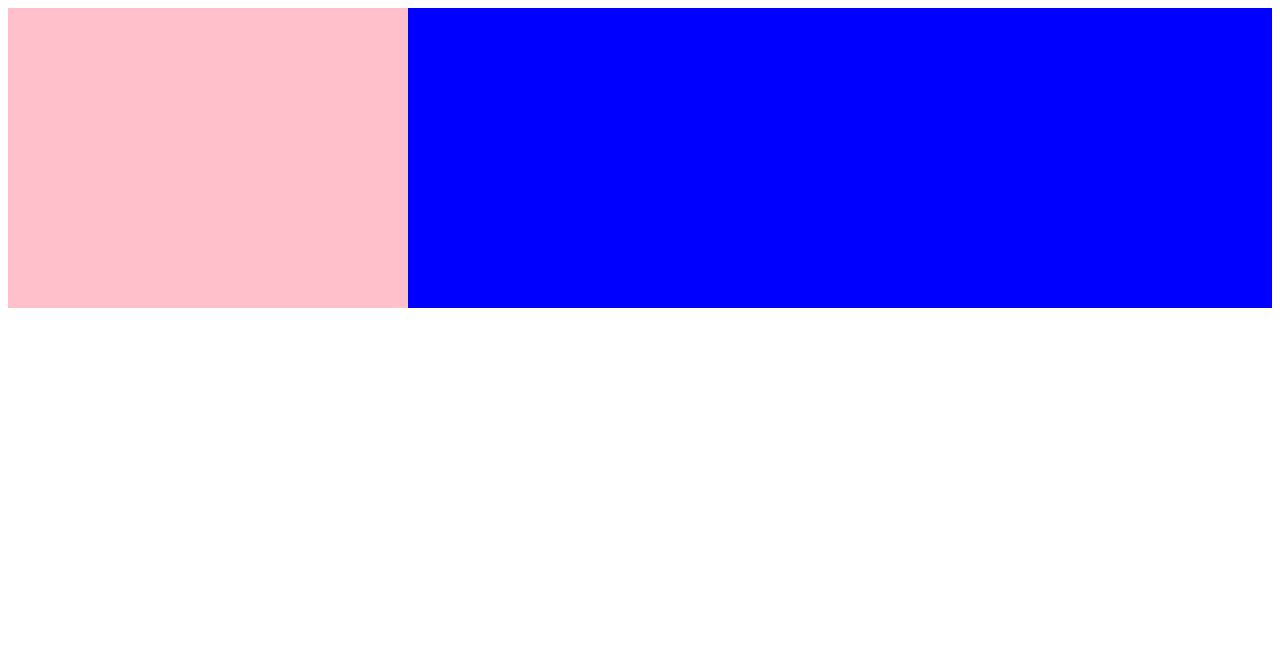
Repository: MMXiaohang/frontend-interview-coding
Page: 16.双栏布局.html
An editor plug-in stored every save of this project. The page is shown before and after the next save, followed by the edit.
The browser window is 1280 px wide. The pictures show the whole page.

Above is the page before, as saved 2022-03-31 16:53:41.

After the next save:
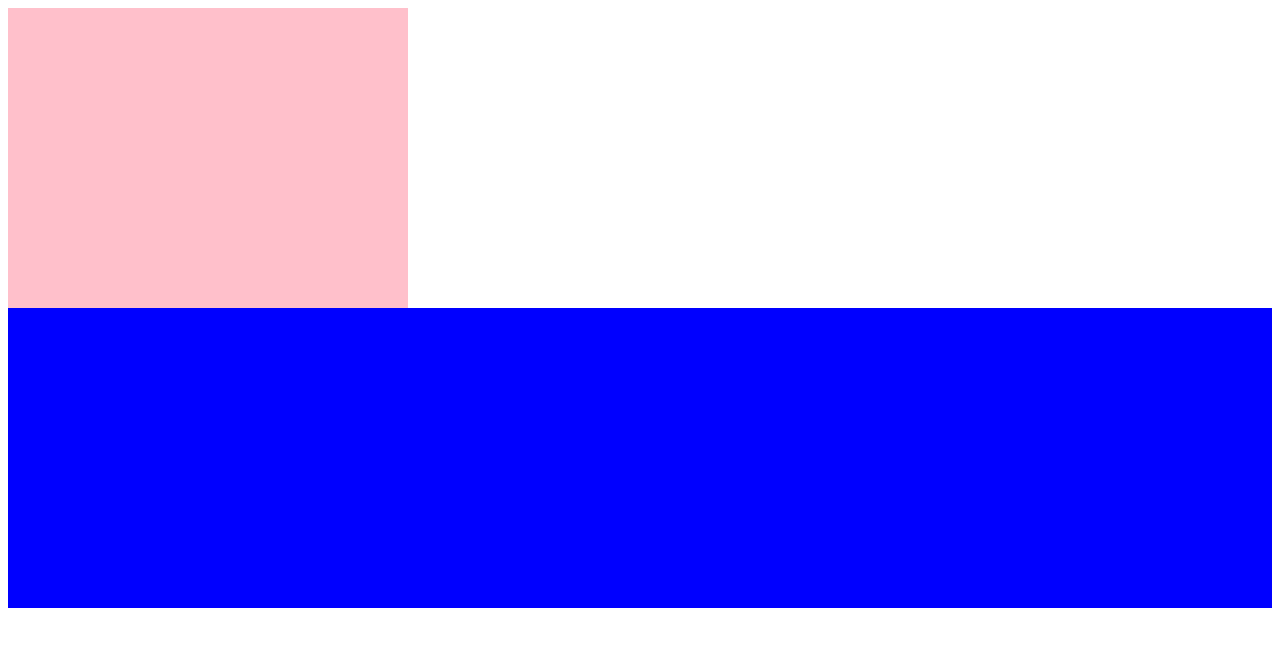
Saved 100 s later.
--- a/16.双栏布局.html
+++ b/16.双栏布局.html
@@ -7,22 +7,22 @@
     <title>Document</title>
     <style>
         #container{
-            display: flex;
+            /* display: flex;  3 */
             width:100%;
             height:300px;
         }
 
         #left{
-            /* float: left; */
+            /* float: left;  1,2*/
             width:400px;
             height: 100%;
             background-color: pink;
         }
 
         #center{
-            /* overflow: auto; */
-            /* margin-left: 400px; */
-            flex: 1;
+            /* overflow: auto; 1 */
+            /* margin-left: 400px; 2 */
+            /* flex: 1;  3 */
             height: 100%;
             background-color: blue;
         }

After the save that followed:
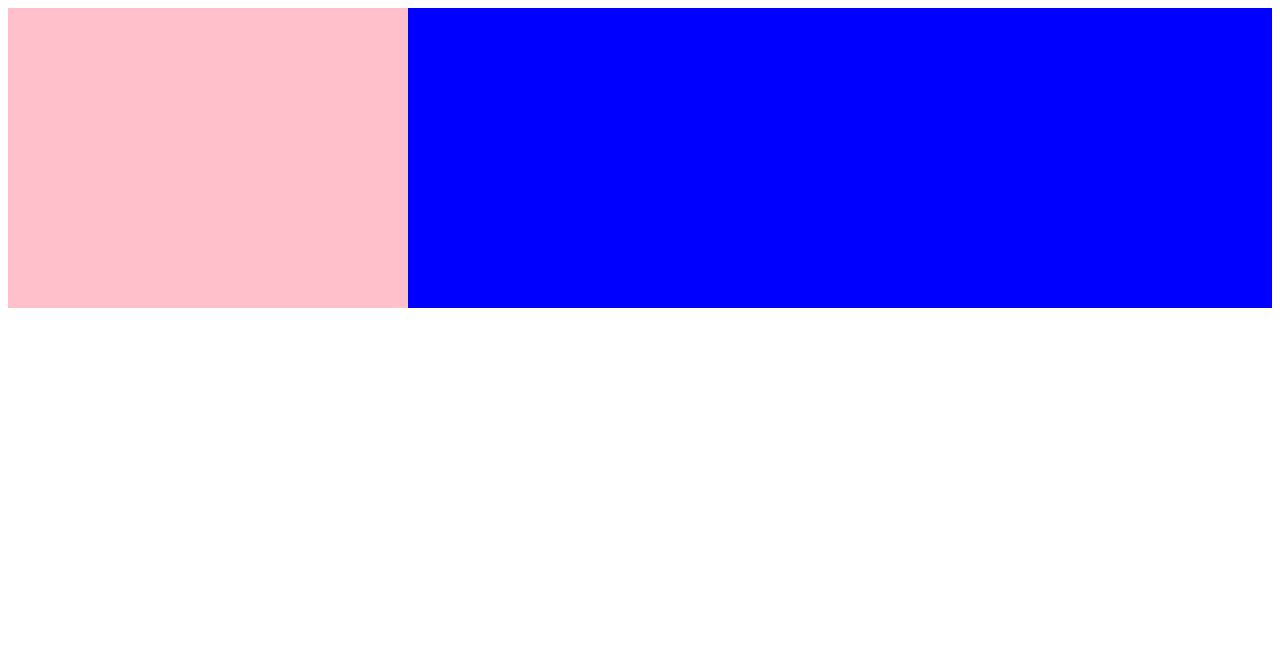
Saved 59 s later.
--- a/16.双栏布局.html
+++ b/16.双栏布局.html
@@ -8,12 +8,14 @@
     <style>
         #container{
             /* display: flex;  3 */
+            position: relative;
             width:100%;
             height:300px;
         }
 
         #left{
             /* float: left;  1,2*/
+            position: absolute;
             width:400px;
             height: 100%;
             background-color: pink;
@@ -21,7 +23,7 @@
 
         #center{
             /* overflow: auto; 1 */
-            /* margin-left: 400px; 2 */
+            /* margin-left: 400px; 2 4*/
             /* flex: 1;  3 */
             height: 100%;
             background-color: blue;
